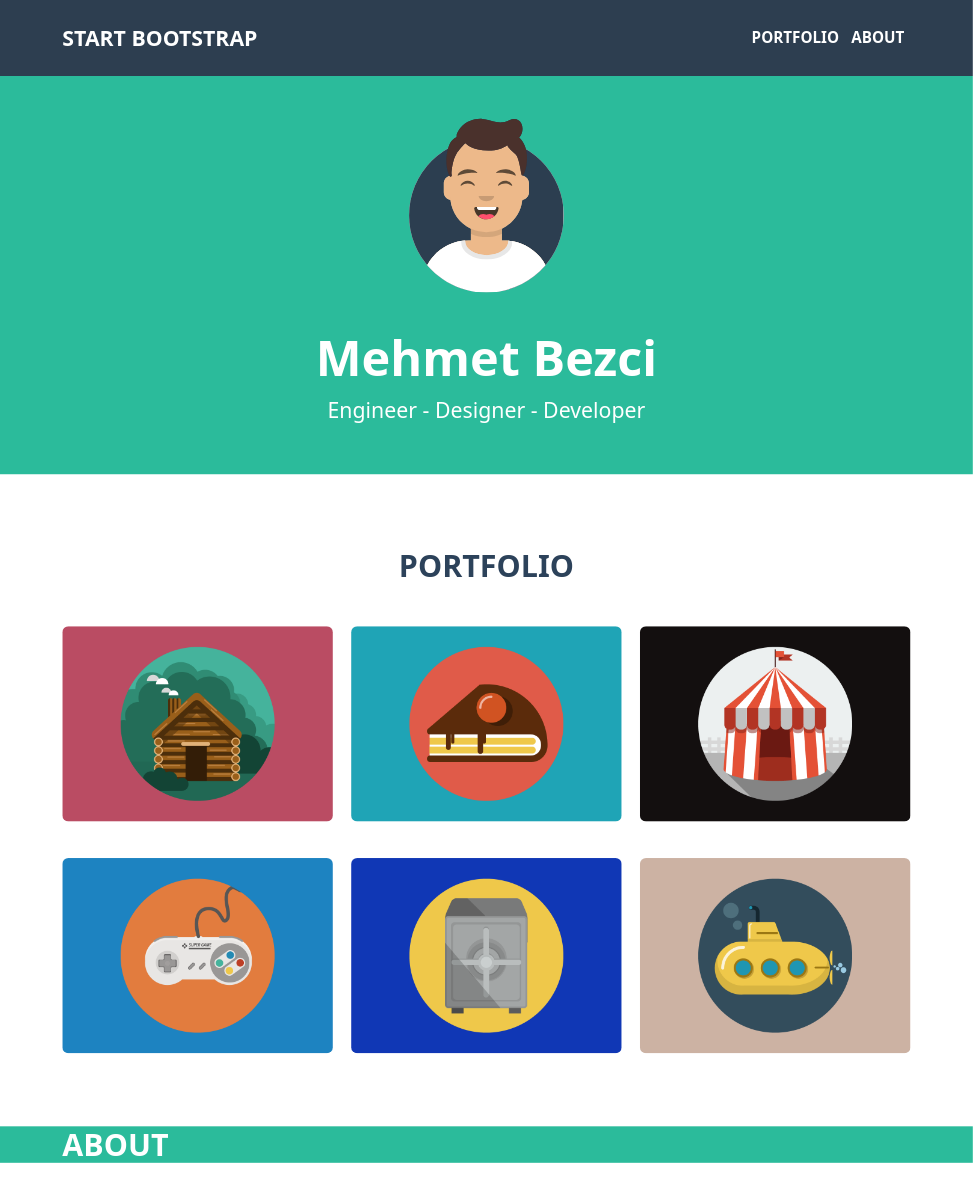
Repository: 7JaxeN7/WT-1255P-Mehmet_BEZC-
Page: index.html
These files come from the project's save history. The page is drawn as it stood at one moment and after the next save; the edit follows.
The browser window is 1280 px wide. The pictures show the whole page, at 76% of full size.

Above is the page before, as saved 2025-01-06 21:51:31.

After the next save:
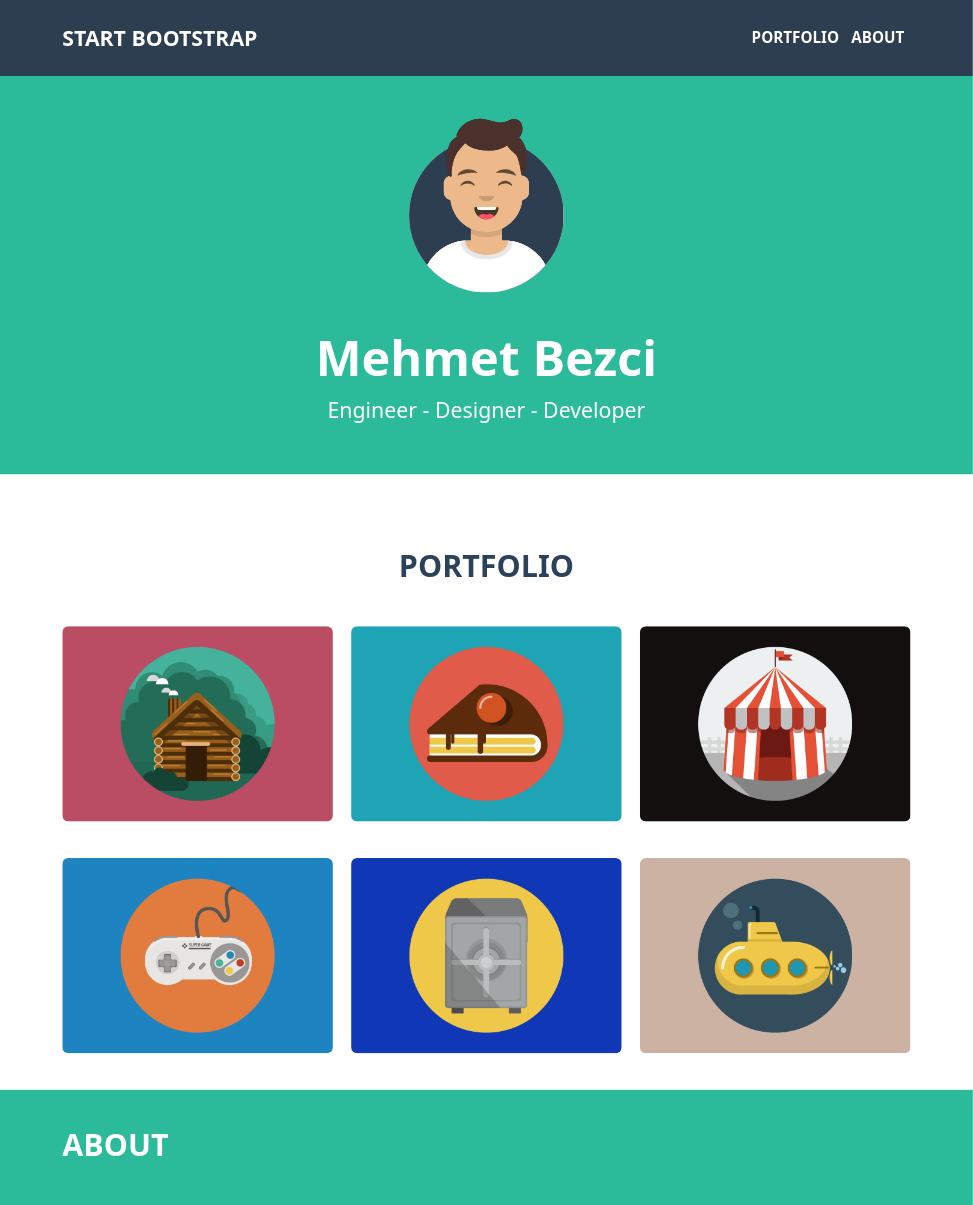
Saved 60 s later.
--- a/index.html
+++ b/index.html
@@ -69,7 +69,7 @@
     </div>
     <!-- About -->
      <div class="about-section">
-      <div class="container mt-5 mb-5">
+      <div class="container pt-5 pb-5">
         <h2 class="about-tittle fs-1 fw-semibold"> ABOUT</h2>
       </div>
      </div>
